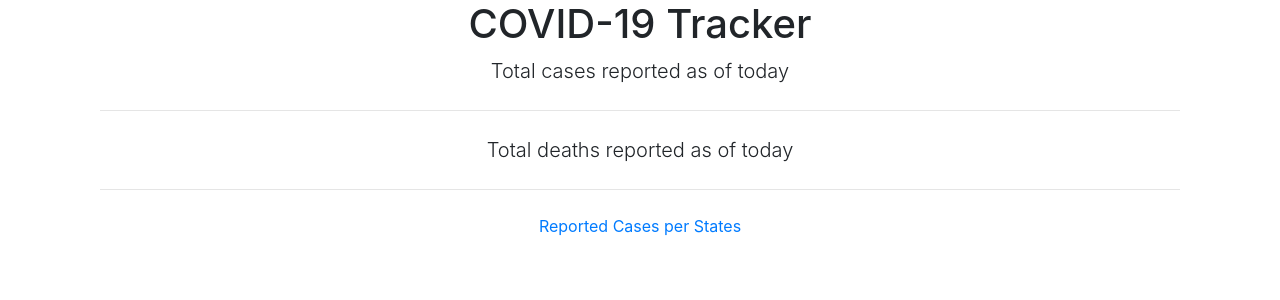
Repository: kimjuneyoung5/Bootcamp-Java
Page: http://localhost/CovidTrackingApp/WEB-INF/index.jsp
The author's editor kept a copy of each file at every save. The page is drawn from the files as they stood at one save, then again after a run of saves.
The browser window is 1280 px wide. The pictures show the whole page.
The page is served by Tomcat 9. Nobody is signed in. Other server files are loaded and not shown. The template is opened directly, without the code that normally fills it, so the values that code supplies are empty.

Above is the page before, as saved 2021-10-01 21:47:00.

### oop/CovidTrackingApp/src/main/webapp/WEB-INF/index.jsp
<%@ page language="java" contentType="text/html; charset=UTF-8"
    pageEncoding="UTF-8"%>
<%@ taglib prefix="c" uri="http://java.sun.com/jsp/jstl/core" %>
<%@ taglib prefix="fmt" uri="http://java.sun.com/jsp/jstl/fmt" %>
<%@ taglib prefix="form" uri="http://www.springframework.org/tags/form"%>
<%@ page isErrorPage="true" %>
<!DOCTYPE html>

<html xmlns:th="http://www.thymeleaf.org">

<head>
    <title>COVID-19 Tracker</title>
    <meta http-equiv="Content-Type" content="text/html; charset=UTF-8" />
    <link rel="stylesheet" href="https://stackpath.bootstrapcdn.com/bootstrap/4.4.1/css/bootstrap.min.css" integrity="sha384-Vkoo8x4CGsO3+Hhxv8T/Q5PaXtkKtu6ug5TOeNV6gBiFeWPGFN9MuhOf23Q9Ifjh" crossorigin="anonymous">
    <style>
    	.container{
    		text-align:center;
    		background-color: alicewhite;
    	}
    </style>
</head>

<body>
<div class="container">
<h1>COVID-19 Tracker</h1>

	<div class="container">
    	<h1 class="display-4"><c:out value="${totalReportedCases}"/></h1>
    	<p class="lead">Total cases reported as of today</p>
    	<hr class="my-4">
    	<h1 class="display-4"><c:out value="${totalReportedDeaths}"/></h1>
    	<p class="lead">Total deaths reported as of today</p>
    	<hr class="my-4">
    	<a href="/cases">Reported Cases per States</a>
	</div>

</div>

After the next 2 saves:
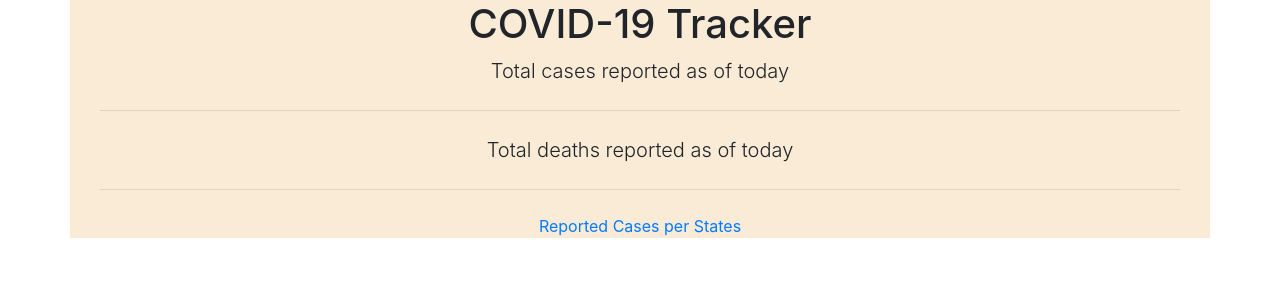
The 2 saves are shown as one change because they came seconds apart.
The last was saved 11 s later.
--- a/oop/CovidTrackingApp/src/main/webapp/WEB-INF/index.jsp
+++ b/oop/CovidTrackingApp/src/main/webapp/WEB-INF/index.jsp
@@ -15,7 +15,7 @@
     <style>
     	.container{
     		text-align:center;
-    		background-color: alicewhite;
+    		background-color: antiquewhite;
     	}
     </style>
 </head>
